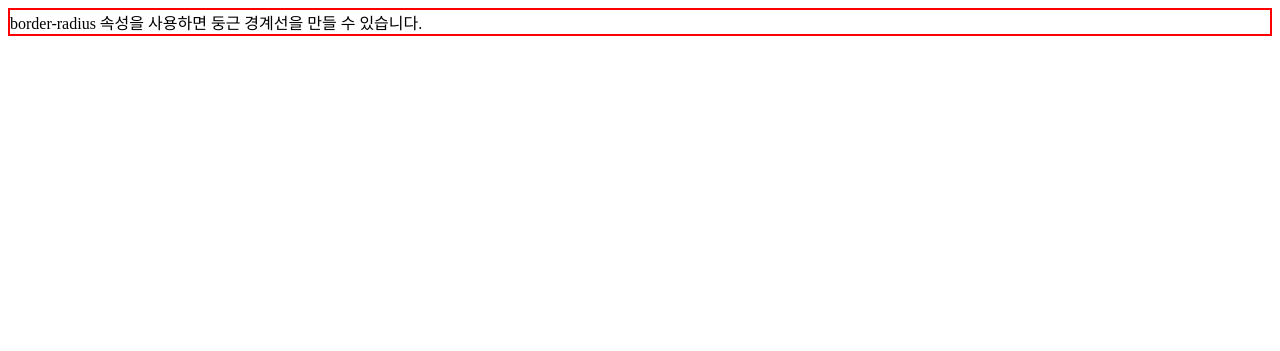
Repository: daehyeonhong/HTML
Page: ch05/WebContent/border-radius.html
An editor plug-in stored every save of this project. The page is shown before and after the next save, followed by the edit.
The browser window is 1280 px wide. The pictures show the whole page.

Above is the page before, as saved 2020-05-19 06:34:21.

After the next save:
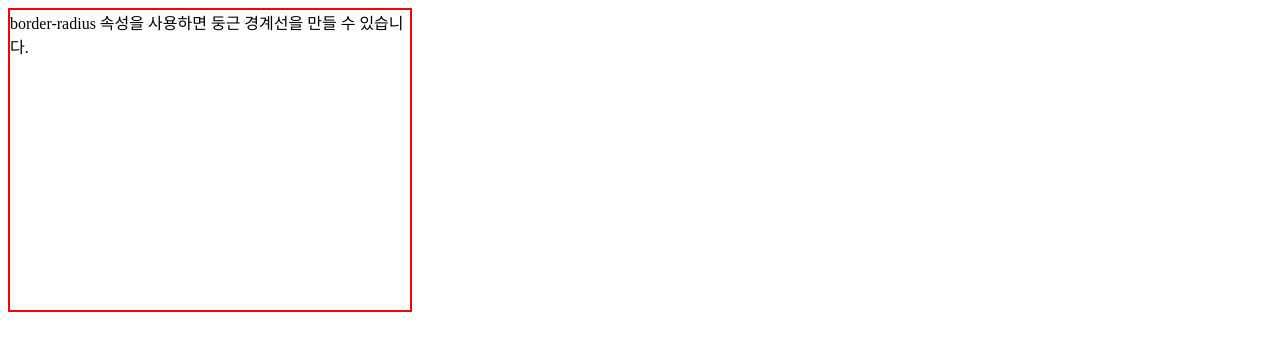
Saved 40 s later.
--- a/ch05/WebContent/border-radius.html
+++ b/ch05/WebContent/border-radius.html
@@ -6,10 +6,12 @@
 <style type="text/css">
 div {
 	border: 2px solid red;
+	width: 400px;
+	height: 300px;
 }
 </style>
 </head>
 <body>
-<div>border-radius 속성을 사용하면 둥근 경계선을 만들 수 있습니다.</div>
+	<div>border-radius 속성을 사용하면 둥근 경계선을 만들 수 있습니다.</div>
 </body>
 </html>
